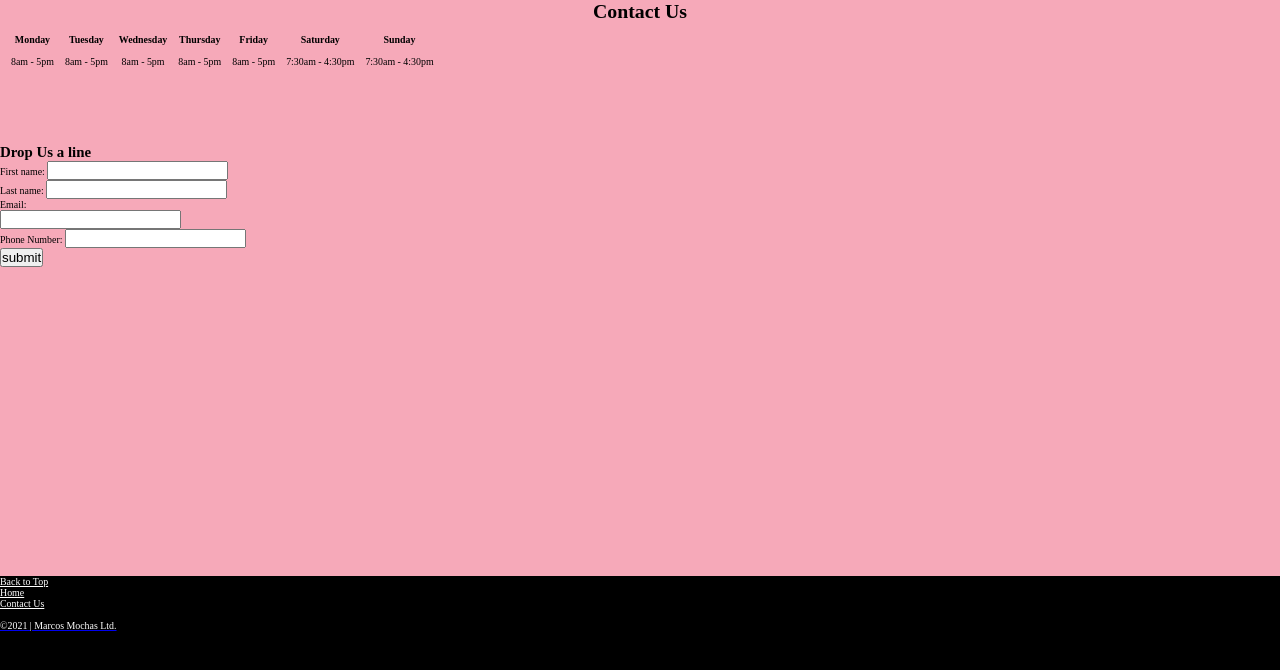
Repository: CAMPSLOPY/marcos-mochas
Page: HTML/contact.html
The author's editor kept a copy of each file at every save. The page is drawn from the files as they stood at one save, then again after a run of saves.
The browser window is 1280 px wide. The pictures show the whole page.

Above is the page before, as saved 2021-07-02 17:30:13.

After the next 3 saves:
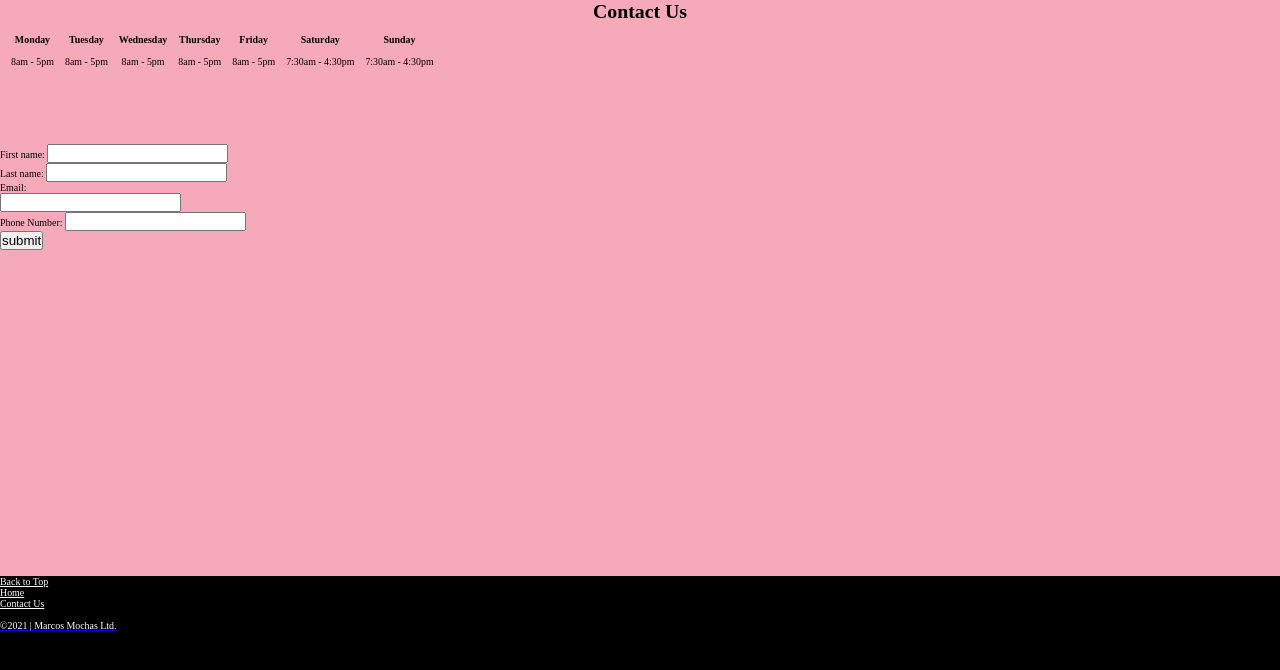
The 3 saves are shown as one change because they came seconds apart.
The last was saved 84 s later.
--- a/HTML/contact.html
+++ b/HTML/contact.html
@@ -45,7 +45,7 @@
     </div>
 </header>
     <main>
-        <h2>Drop Us a line</h2>
+        <h1></h1>
         <!--Hours table start here-->
 
         <!--Form starts here-->
